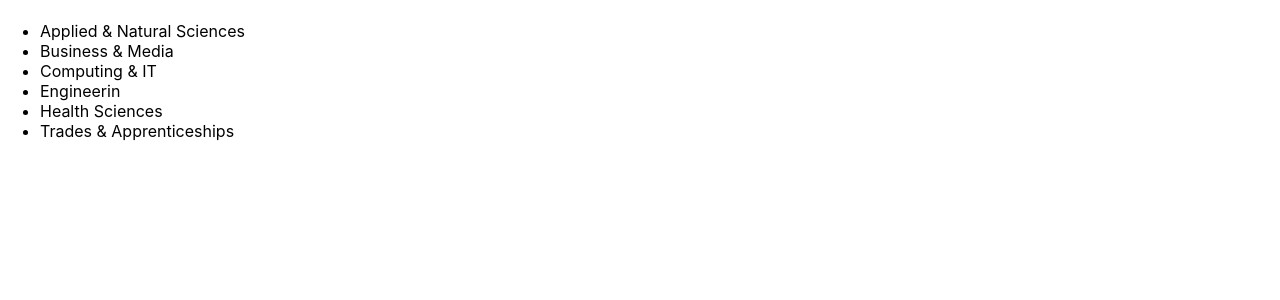
Repository: SaraShio/A01314209_Sara_Shiojima
Page: /about
An editor plug-in stored every save of this project. The page is shown before and after the next save, followed by the edit.
The browser window is 1280 px wide. The pictures show the whole page.
The project was rebuilt for these pictures with package versions that can differ from the ones it lists, and the page was loaded fresh each time. The framework's server and built-in components were replaced by stand-ins that run in the browser. Also part of the build but not shown: next.config.js, styles/About.module.css.

Above is the page before, as saved 2023-02-05 21:45:19.

After the next save:
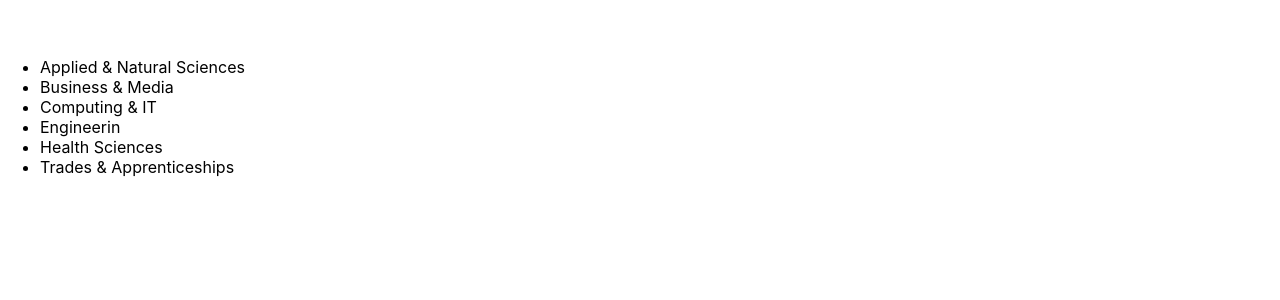
Saved 56 s later.
--- a/pages/about.js
+++ b/pages/about.js
@@ -33,7 +33,7 @@
 
                 <div><h3></h3></div>
 
-                <div id="carouselImage"></div>
+                <div id="carouselImage"><img/></div>
 
                 <div id="testOnImageHere"></div>
 
